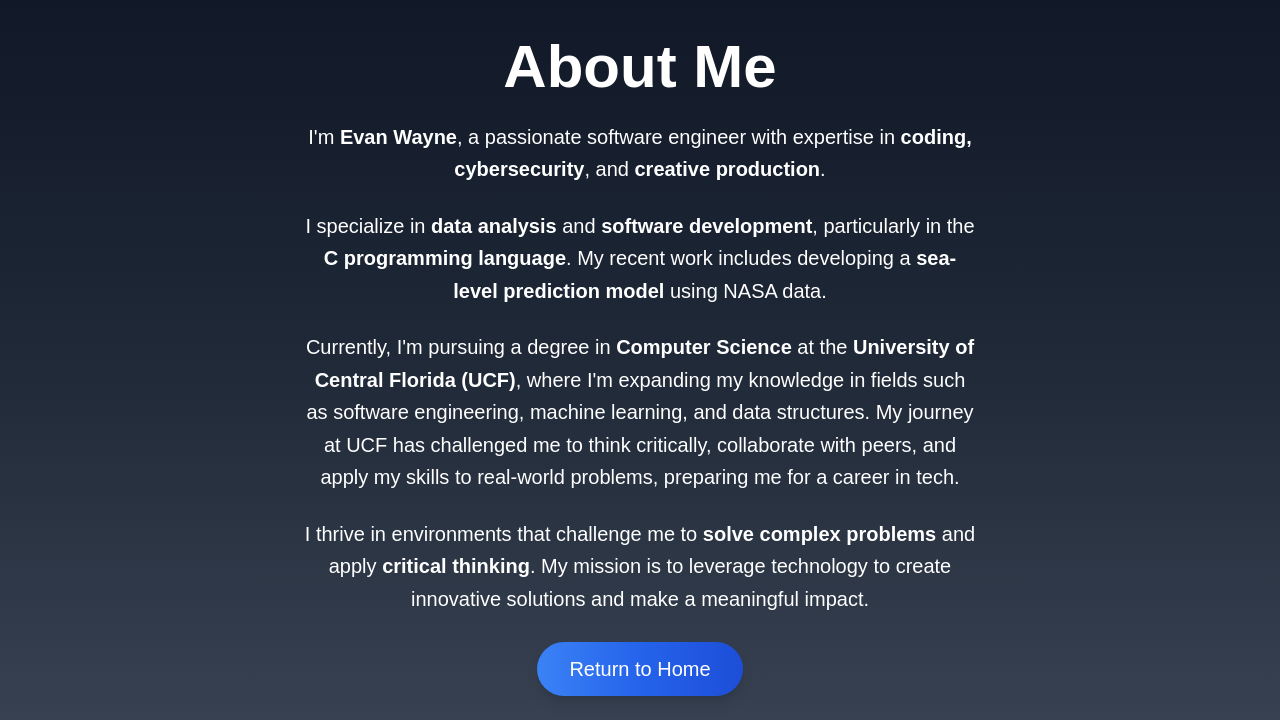
Repository: evnwyn/Evan-Wayne-s-Portfolio
Page: /about
The author's editor kept a copy of each file at every save. The page is drawn from the files as they stood at one save, then again after the next save.
The browser window is 1280 px wide. The pictures show the whole page.
The project was rebuilt for these pictures with package versions that can differ from the ones it lists, and the page was loaded fresh each time. The framework's server and built-in components were replaced by stand-ins that run in the browser. Also part of the build but not shown: next.config.js.

Above is the page before, as saved 2024-10-09 21:14:46.

After the next save:
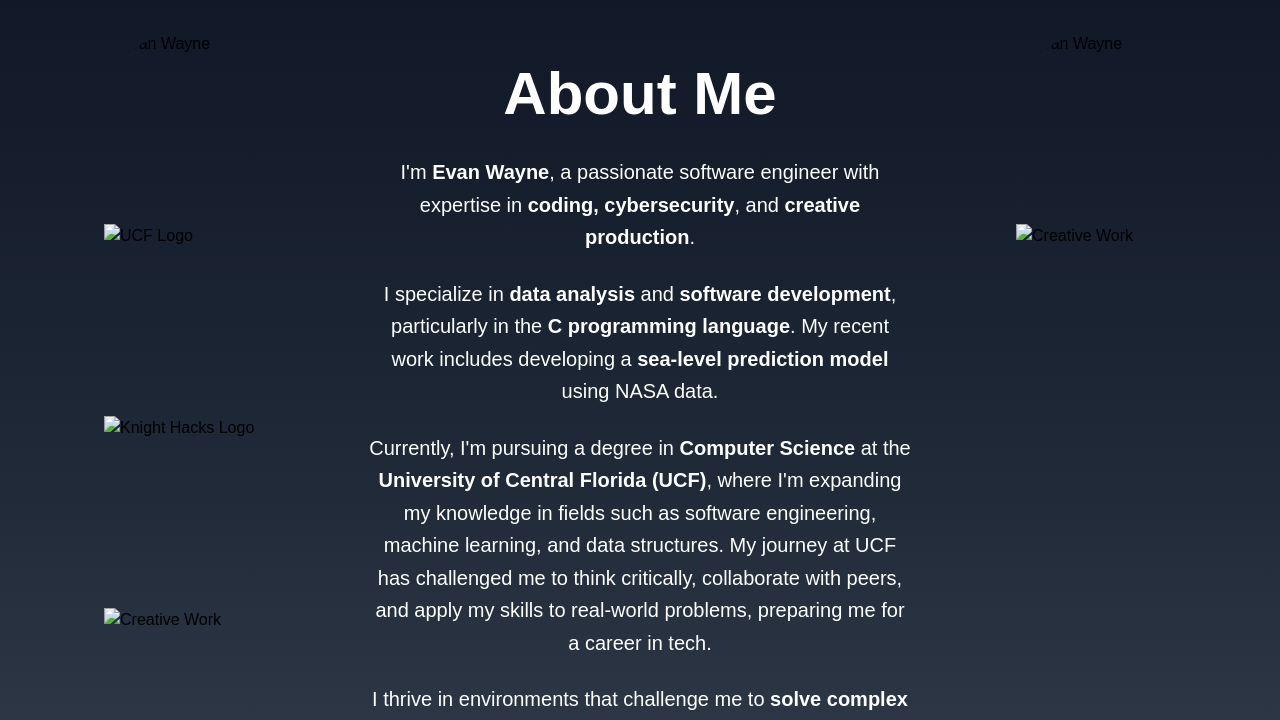
Not found: path-to-additional-work.jpg
Not found: path-to-another-image.jpg
Not found: path-to-creative-work.jpg
Saved 3 min 22 s later.
--- a/src/app/about/page.tsx
+++ b/src/app/about/page.tsx
@@ -5,29 +5,55 @@
 
 export default function About() {
   return (
-    <div className="min-h-screen flex flex-col items-center justify-center bg-gradient-to-b from-gray-900 via-gray-800 to-gray-700 font-sans px-4">
-      <h1 className="text-6xl font-bold text-white transition-all duration-500 hover:text-gray-300 mb-6">
-        About Me
-      </h1>
-      <div className="text-xl leading-relaxed text-white max-w-2xl text-center space-y-6">
-        <p>
-          I'm <span className="font-semibold">Evan Wayne</span>, a passionate software engineer with expertise in <span className="font-semibold">coding, cybersecurity</span>, and <span className="font-semibold">creative production</span>.
-        </p>
-        <p>
-          I specialize in <span className="font-semibold">data analysis</span> and <span className="font-semibold">software development</span>, particularly in the <span className="font-semibold">C programming language</span>. My recent work includes developing a <span className="font-semibold">sea-level prediction model</span> using NASA data.
-        </p>
-        <p>
-          Currently, I'm pursuing a degree in <span className="font-semibold">Computer Science</span> at the <span className="font-semibold">University of Central Florida (UCF)</span>, where I'm expanding my knowledge in fields such as software engineering, machine learning, and data structures. My journey at UCF has challenged me to think critically, collaborate with peers, and apply my skills to real-world problems, preparing me for a career in tech.
-        </p>
-        <p>
-          I thrive in environments that challenge me to <span className="font-semibold">solve complex problems</span> and apply <span className="font-semibold">critical thinking</span>. My mission is to leverage technology to create innovative solutions and make a meaningful impact.
-        </p>
-      </div>
+    <div className="min-h-screen flex flex-col items-center bg-gradient-to-b from-gray-900 via-gray-800 to-gray-700 font-sans">
+      {/* Scrollable content */}
+      <div className="flex flex-row w-full h-full overflow-y-auto p-8">
 
-      <div className="mt-10">
-        <Link href="/" className="bg-gradient-to-r from-blue-500 via-blue-600 to-blue-700 text-white text-xl px-8 py-4 rounded-full shadow-lg transform hover:scale-110 transition-transform duration-500 ease-out hover:shadow-2xl">
-          Return to Home
-        </Link>
+        {/* Left Side: Images */}
+        <div className="w-1/4 flex flex-col space-y-8 items-center justify-start">
+          {/* Image of yourself */}
+          <img src="/path-to-your-image.jpg" alt="Evan Wayne" className="w-40 h-40 rounded-full object-cover" />
+          {/* UCF logo */}
+          <img src="/path-to-ucf-logo.png" alt="UCF Logo" className="w-40 h-40 object-contain" />
+          {/* Knight Hacks */}
+          <img src="/path-to-knight-hacks-logo.png" alt="Knight Hacks Logo" className="w-40 h-40 object-contain" />
+          {/* Creative work image */}
+          <img src="/path-to-creative-work.jpg" alt="Creative Work" className="w-40 h-40 object-cover" />
+        </div>
+
+        {/* Center Section: About Me */}
+        <div className="w-2/4 flex flex-col items-center space-y-8 text-center p-8">
+          <h1 className="text-6xl font-bold text-white transition-all duration-500 hover:text-gray-300">
+            About Me
+          </h1>
+          <div className="text-xl leading-relaxed text-white max-w-2xl space-y-6">
+            <p>
+              I'm <span className="font-semibold">Evan Wayne</span>, a passionate software engineer with expertise in <span className="font-semibold">coding, cybersecurity</span>, and <span className="font-semibold">creative production</span>.
+            </p>
+            <p>
+              I specialize in <span className="font-semibold">data analysis</span> and <span className="font-semibold">software development</span>, particularly in the <span className="font-semibold">C programming language</span>. My recent work includes developing a <span className="font-semibold">sea-level prediction model</span> using NASA data.
+            </p>
+            <p>
+              Currently, I'm pursuing a degree in <span className="font-semibold">Computer Science</span> at the <span className="font-semibold">University of Central Florida (UCF)</span>, where I'm expanding my knowledge in fields such as software engineering, machine learning, and data structures. My journey at UCF has challenged me to think critically, collaborate with peers, and apply my skills to real-world problems, preparing me for a career in tech.
+            </p>
+            <p>
+              I thrive in environments that challenge me to <span className="font-semibold">solve complex problems</span> and apply <span className="font-semibold">critical thinking</span>. My mission is to leverage technology to create innovative solutions and make a meaningful impact.
+            </p>
+          </div>
+          <div className="mt-10">
+            <Link href="/" className="bg-gradient-to-r from-blue-500 via-blue-600 to-blue-700 text-white text-xl px-8 py-4 rounded-full shadow-lg transform hover:scale-110 transition-transform duration-500 ease-out hover:shadow-2xl">
+              Return to Home
+            </Link>
+          </div>
+        </div>
+
+        {/* Right Side: Images */}
+        <div className="w-1/4 flex flex-col space-y-8 items-center justify-start">
+          {/* More images of yourself */}
+          <img src="/path-to-another-image.jpg" alt="Evan Wayne" className="w-40 h-40 rounded-full object-cover" />
+          {/* Another Knight Hacks or creative project logo */}
+          <img src="/path-to-additional-work.jpg" alt="Creative Work" className="w-40 h-40 object-cover" />
+        </div>
       </div>
     </div>
   );

After the save that followed:
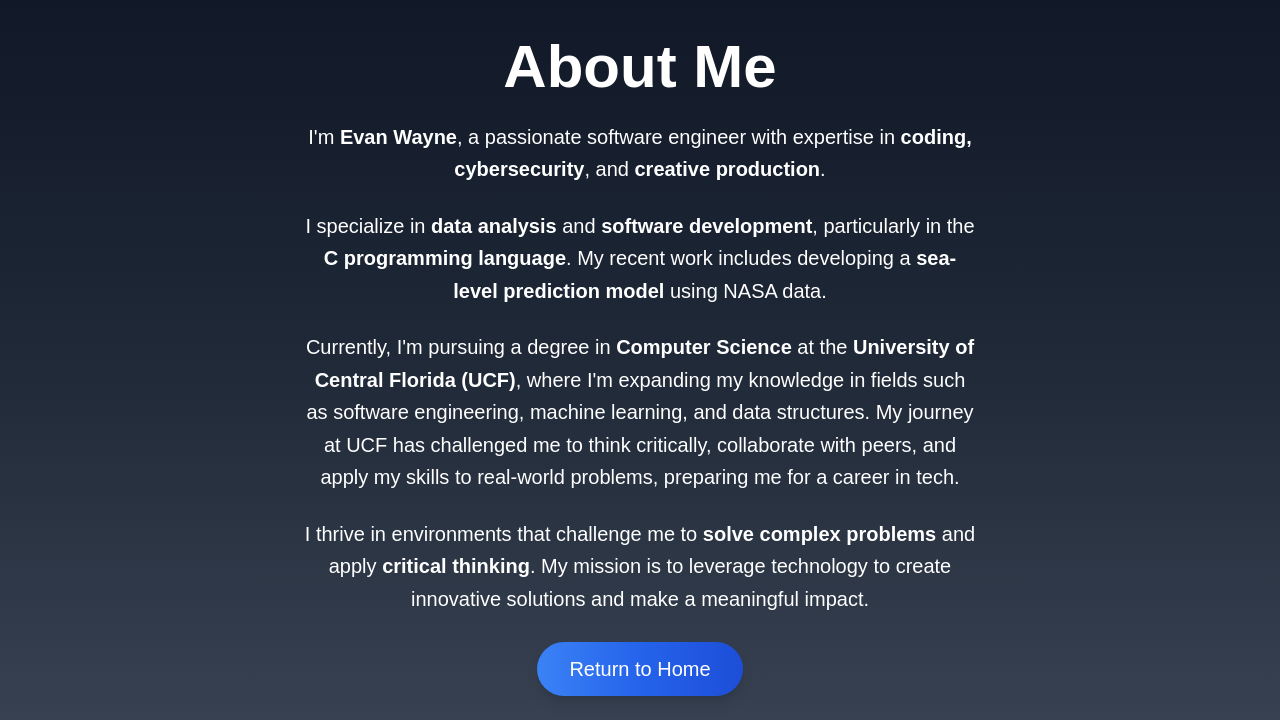
Saved 12 s later.
--- a/src/app/about/page.tsx
+++ b/src/app/about/page.tsx
@@ -5,55 +5,29 @@
 
 export default function About() {
   return (
-    <div className="min-h-screen flex flex-col items-center bg-gradient-to-b from-gray-900 via-gray-800 to-gray-700 font-sans">
-      {/* Scrollable content */}
-      <div className="flex flex-row w-full h-full overflow-y-auto p-8">
+    <div className="min-h-screen flex flex-col items-center justify-center bg-gradient-to-b from-gray-900 via-gray-800 to-gray-700 font-sans px-4">
+      <h1 className="text-6xl font-bold text-white transition-all duration-500 hover:text-gray-300 mb-6">
+        About Me
+      </h1>
+      <div className="text-xl leading-relaxed text-white max-w-2xl text-center space-y-6">
+        <p>
+          I'm <span className="font-semibold">Evan Wayne</span>, a passionate software engineer with expertise in <span className="font-semibold">coding, cybersecurity</span>, and <span className="font-semibold">creative production</span>.
+        </p>
+        <p>
+          I specialize in <span className="font-semibold">data analysis</span> and <span className="font-semibold">software development</span>, particularly in the <span className="font-semibold">C programming language</span>. My recent work includes developing a <span className="font-semibold">sea-level prediction model</span> using NASA data.
+        </p>
+        <p>
+          Currently, I'm pursuing a degree in <span className="font-semibold">Computer Science</span> at the <span className="font-semibold">University of Central Florida (UCF)</span>, where I'm expanding my knowledge in fields such as software engineering, machine learning, and data structures. My journey at UCF has challenged me to think critically, collaborate with peers, and apply my skills to real-world problems, preparing me for a career in tech.
+        </p>
+        <p>
+          I thrive in environments that challenge me to <span className="font-semibold">solve complex problems</span> and apply <span className="font-semibold">critical thinking</span>. My mission is to leverage technology to create innovative solutions and make a meaningful impact.
+        </p>
+      </div>
 
-        {/* Left Side: Images */}
-        <div className="w-1/4 flex flex-col space-y-8 items-center justify-start">
-          {/* Image of yourself */}
-          <img src="/path-to-your-image.jpg" alt="Evan Wayne" className="w-40 h-40 rounded-full object-cover" />
-          {/* UCF logo */}
-          <img src="/path-to-ucf-logo.png" alt="UCF Logo" className="w-40 h-40 object-contain" />
-          {/* Knight Hacks */}
-          <img src="/path-to-knight-hacks-logo.png" alt="Knight Hacks Logo" className="w-40 h-40 object-contain" />
-          {/* Creative work image */}
-          <img src="/path-to-creative-work.jpg" alt="Creative Work" className="w-40 h-40 object-cover" />
-        </div>
-
-        {/* Center Section: About Me */}
-        <div className="w-2/4 flex flex-col items-center space-y-8 text-center p-8">
-          <h1 className="text-6xl font-bold text-white transition-all duration-500 hover:text-gray-300">
-            About Me
-          </h1>
-          <div className="text-xl leading-relaxed text-white max-w-2xl space-y-6">
-            <p>
-              I'm <span className="font-semibold">Evan Wayne</span>, a passionate software engineer with expertise in <span className="font-semibold">coding, cybersecurity</span>, and <span className="font-semibold">creative production</span>.
-            </p>
-            <p>
-              I specialize in <span className="font-semibold">data analysis</span> and <span className="font-semibold">software development</span>, particularly in the <span className="font-semibold">C programming language</span>. My recent work includes developing a <span className="font-semibold">sea-level prediction model</span> using NASA data.
-            </p>
-            <p>
-              Currently, I'm pursuing a degree in <span className="font-semibold">Computer Science</span> at the <span className="font-semibold">University of Central Florida (UCF)</span>, where I'm expanding my knowledge in fields such as software engineering, machine learning, and data structures. My journey at UCF has challenged me to think critically, collaborate with peers, and apply my skills to real-world problems, preparing me for a career in tech.
-            </p>
-            <p>
-              I thrive in environments that challenge me to <span className="font-semibold">solve complex problems</span> and apply <span className="font-semibold">critical thinking</span>. My mission is to leverage technology to create innovative solutions and make a meaningful impact.
-            </p>
-          </div>
-          <div className="mt-10">
-            <Link href="/" className="bg-gradient-to-r from-blue-500 via-blue-600 to-blue-700 text-white text-xl px-8 py-4 rounded-full shadow-lg transform hover:scale-110 transition-transform duration-500 ease-out hover:shadow-2xl">
-              Return to Home
-            </Link>
-          </div>
-        </div>
-
-        {/* Right Side: Images */}
-        <div className="w-1/4 flex flex-col space-y-8 items-center justify-start">
-          {/* More images of yourself */}
-          <img src="/path-to-another-image.jpg" alt="Evan Wayne" className="w-40 h-40 rounded-full object-cover" />
-          {/* Another Knight Hacks or creative project logo */}
-          <img src="/path-to-additional-work.jpg" alt="Creative Work" className="w-40 h-40 object-cover" />
-        </div>
+      <div className="mt-10">
+        <Link href="/" className="bg-gradient-to-r from-blue-500 via-blue-600 to-blue-700 text-white text-xl px-8 py-4 rounded-full shadow-lg transform hover:scale-110 transition-transform duration-500 ease-out hover:shadow-2xl">
+          Return to Home
+        </Link>
       </div>
     </div>
   );
